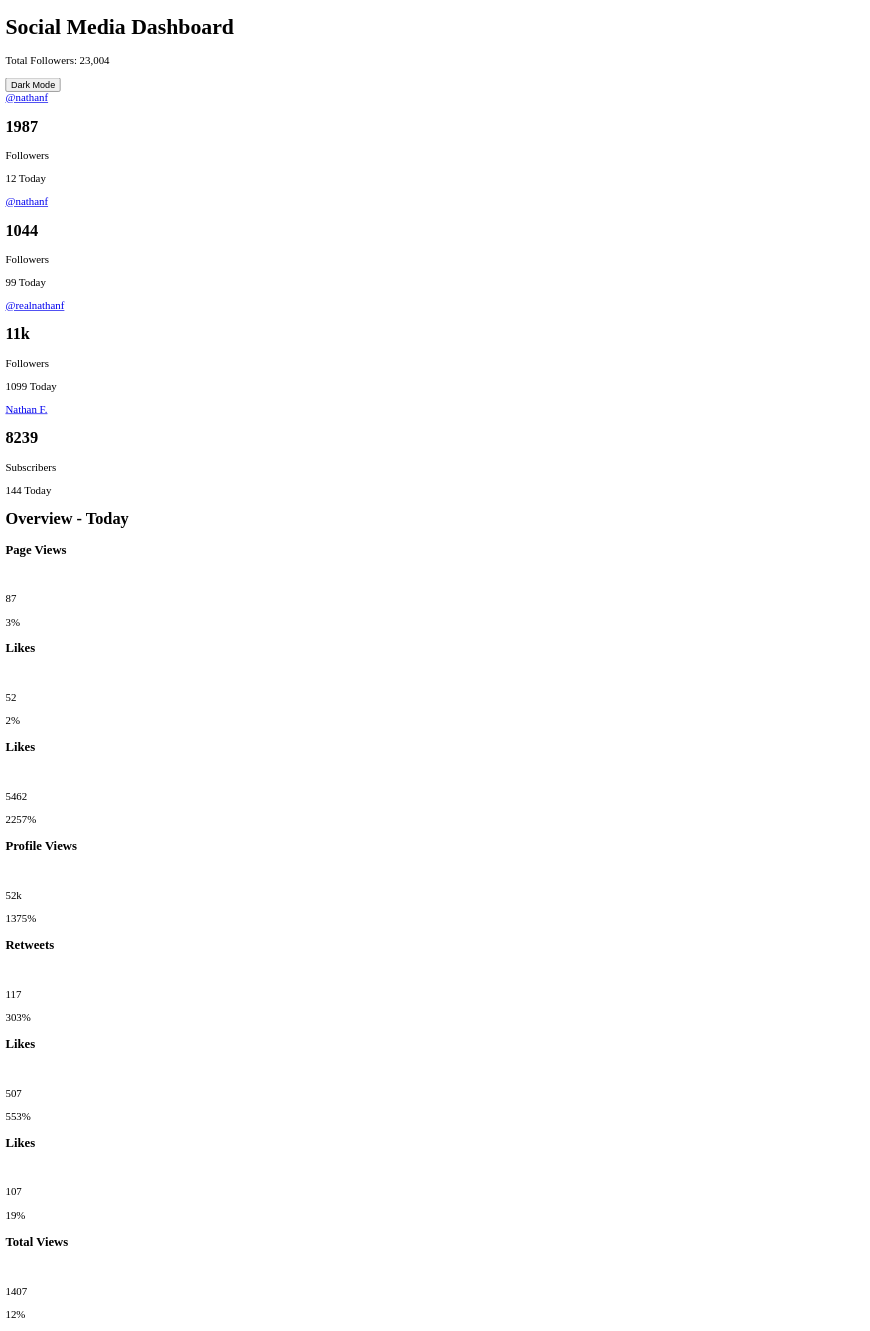
Repository: mamulini/social-media-dashboard-with-theme-switcher-master
Page: index.html
These files come from the project's save history. The page is drawn as it stood at one moment and after the next save; the edit follows.
The browser window is 1280 px wide. The pictures show the whole page, at 68% of full size.

Above is the page before, as saved 2020-04-05 23:36:58.

### index.html
<!DOCTYPE html>
<html lang="en">
<head>
  <meta charset="UTF-8">
  <meta name="viewport" content="width=device-width, initial-scale=1.0">
  <link rel="icon" type="image/png" sizes="32x32" href="./images/favicon-32x32.png">
  <link rel="stylesheet" href="./css/style.css">
  <title>Frontend Mentor | [Challenge Name Here]</title>
</head>
<body>
  <main class="dashboard container">
    <header class="header">
      <div class="title">
        <h1 class="title__name">Social Media Dashboard</h1>
        <p class="title__total">Total Followers: 23,004</p>
      </div>
      <button class="theme" type="button">Dark Mode</button>
    </header>
    <div class="followers-block">
      <div class="folowers">
        <a class="followers__link" href="#">@nathanf</a>
        <h2 class="followers__sum">1987</h2>
        <p class="followers__title">Followers</p>
        <p class="followers__today">12 Today</p>
      </div>
      <div class="folowers">
        <a class="followers__link" href="#">@nathanf
</a>
        <h2 class="followers__sum">1044</h2>
        <p class="followers__title">Followers</p>
        <p class="followers__today">99 Today</p>
      </div>
      <div class="folowers">
        <a class="followers__link" href="#">@realnathanf


          </a>
        <h2 class="followers__sum">11k</h2>
        <p class="followers__title">Followers</p>
        <p class="followers__today">1099 Today</p>
      </div>
      <div class="folowers">
        <a class="followers__link" href="#">Nathan F.
        </a>
        <h2 class="followers__sum">8239</h2>
        <p class="followers__title">Subscribers</p>
        <p class="followers__today">144 Today</p>
      </div>

    </div>
    <div class="overview"><h2 class="overview__title" >Overview - Today</h2></div>
    <div class="container">
      <div class="likes">
        <h3 class="likes__title">Page Views</h3>
        <img src="" alt="" class="like__icon">
        <p class="likes__num">87</p>
        <p class="likes__procent">3%</p>
      </div>
      <div class="likes">
        <h3 class="likes__title">Likes</h3>
        <img src="" alt="" class="like__icon">
        <p class="likes__num">52</p>
        <p class="likes__procent">2%</p>
      </div>
      <div class="likes">
        <h3 class="likes__title">Likes</h3>
        <img src="" alt="" class="like__icon">
        <p class="likes__num">5462</p>
        <p class="likes__procent">2257%</p>
      </div>
      <div class="likes">
        <h3 class="likes__title">Profile Views</h3>
        <img src="" alt="" class="like__icon">
        <p class="likes__num">52k</p>
        <p class="likes__procent">1375%</p>
      </div>
      <div class="likes">
        <h3 class="likes__title">Retweets</h3>
        <img src="" alt="" class="like__icon">
        <p class="likes__num">117</p>
        <p class="likes__procent">303%</p>
      </div>
      <div class="likes">
        <h3 class="likes__title">Likes</h3>
        <img src="" alt="" class="like__icon">
        <p class="likes__num">507</p>
        <p class="likes__procent">553%</p>
      </div>
      <div class="likes">
        <h3 class="likes__title">Likes</h3>
        <img src="" alt="" class="like__icon">
        <p class="likes__num">107</p>
        <p class="likes__procent">19%</p>
      </div>
      <div class="likes">
        <h3 class="likes__title">Total Views</h3>
        <img src="" alt="" class="like__icon">
        <p class="likes__num">1407</p>
        <p class="likes__procent">12%</p>
      </div>
    </div>
  </main>
  <!-- <div class="attribution">
    Challenge by <a href="https://www.frontendmentor.io?ref=challenge" target="_blank">Frontend Mentor</a>.
    Coded by <a href="#">Your Name Here</a>.
  </div> -->
</body>
</html>

### css/style.css
.container{
    max-width: 1110px;
}






.attribution { font-size: 11px; text-align: center; }
.attribution a { color: hsl(228, 45%, 44%); }

After the next save:
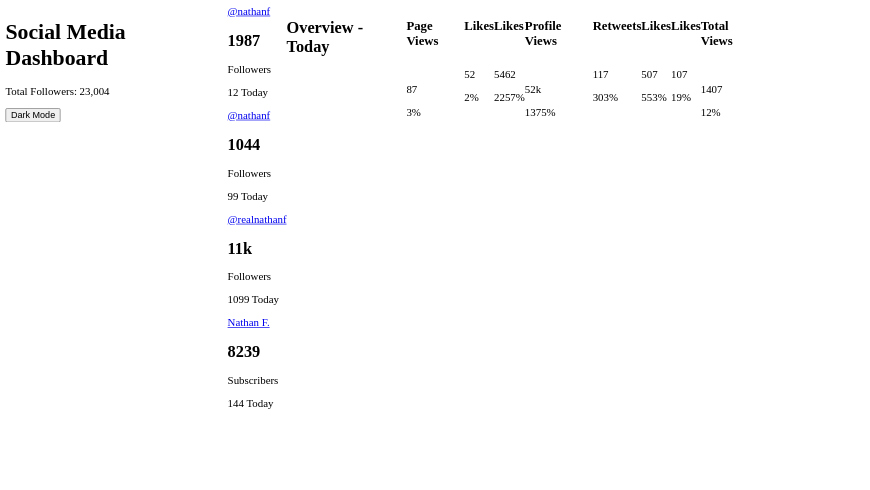
Saved 32 s later.
--- a/css/style.css
+++ b/css/style.css
@@ -1,5 +1,7 @@
 .container{
     max-width: 1110px;
+    display: flex;
+    justify-content: space-between;
 }
 
 

After the save that followed:
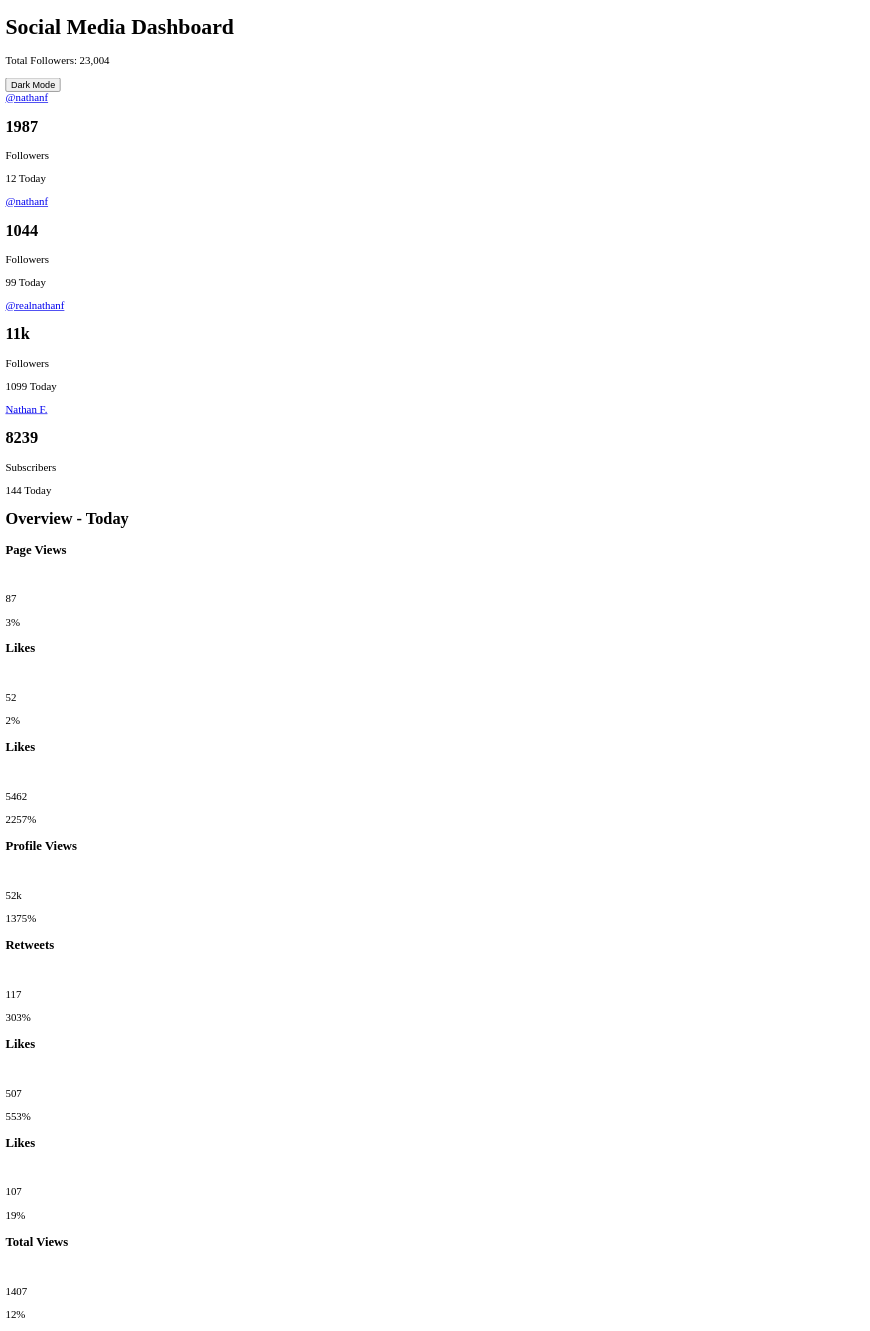
Saved 19 s later.
--- a/css/style.css
+++ b/css/style.css
@@ -1,8 +1,9 @@
 .container{
     max-width: 1110px;
-    display: flex;
-    justify-content: space-between;
+
 }
+
+
 
 
 
